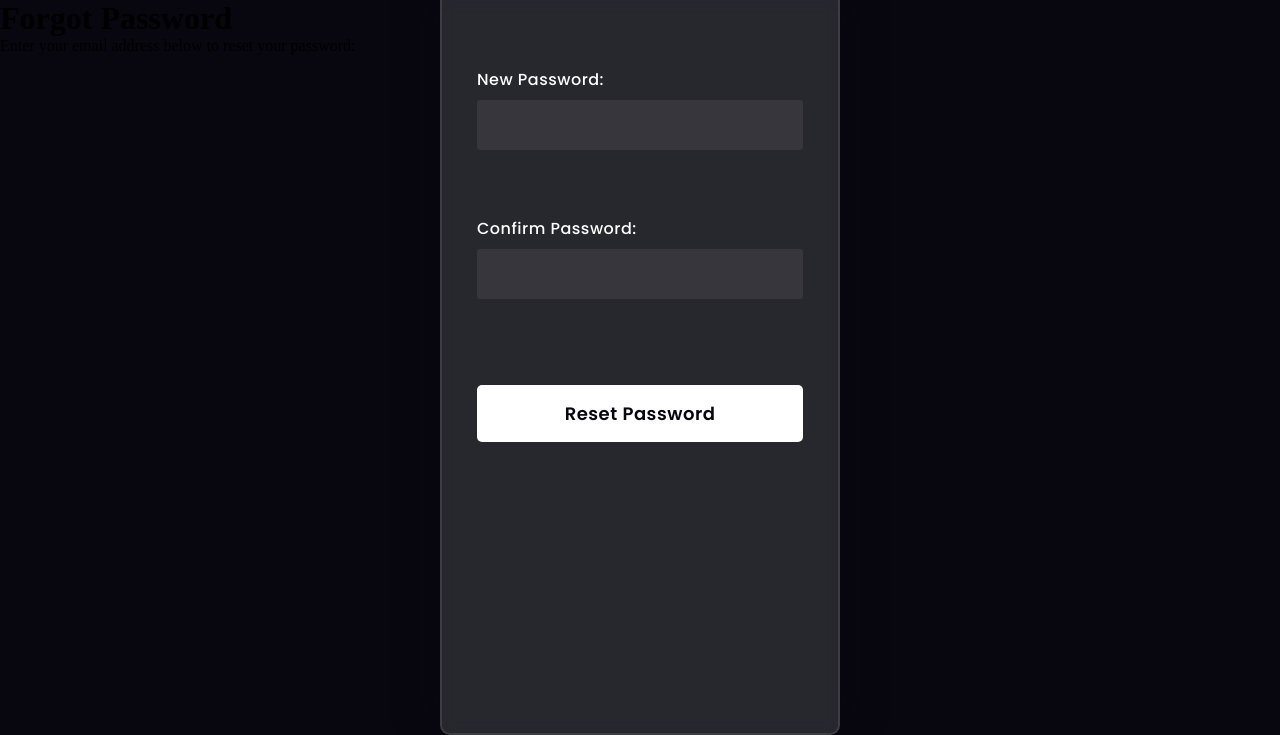
Repository: NguyenHuy-lang/FE-project
Page: sign-in-up/forgot-password.html
An editor plug-in stored every save of this project. The page is shown before and after a run of saves, followed by the edit.
The browser window is 1280 px wide. The pictures show the whole page.

Above is the page before, as saved 2023-05-11 17:12:28.
Console error: TypeError: Cannot read properties of null (reading 'addEventListener')

### sign-in-up/forgot-password.html
<!DOCTYPE html>
<html>
    <!DOCTYPE html>
    <html lang="en">

    <head>
        <!-- Design by foolishdeveloper.com -->
        <title>Forgot Password</title>

        <link rel="preconnect" href="https://fonts.gstatic.com">
        <link rel="stylesheet" href="https://cdnjs.cloudflare.com/ajax/libs/font-awesome/5.15.4/css/all.min.css">
        <link href="https://fonts.googleapis.com/css2?family=Poppins:wght@300;500;600&display=swap" rel="stylesheet">
        <!--Stylesheet-->
        <style media="screen">
            *,
            *:before,
            *:after {
                padding: 0;
                margin: 0;
                box-sizing: border-box;
            }

            body {
                background-color: #080710;
            }

            .background {
                width: 430px;
                height: 520px;
                position: absolute;
                transform: translate(-50%, -50%);
                left: 50%;
                top: 50%;
            }

            .background .shape {
                height: 200px;
                width: 200px;
                position: absolute;
                border-radius: 50%;
            }

            .shape:first-child {
                background: linear-gradient(#1845ad,
                        #23a2f6);
                left: -80px;
                top: -80px;
            }

            .shape:last-child {
                background: linear-gradient(to right,
                        #ff512f,
                        #f09819);
                right: -30px;
                bottom: -80px;
            }

            form {
                height: 750px;
                width: 400px;
                background-color: rgba(255, 255, 255, 0.13);
                position: absolute;
                transform: translate(-50%, -50%);
                top: 50%;
                left: 50%;
                border-radius: 10px;
                backdrop-filter: blur(10px);
                border: 2px solid rgba(255, 255, 255, 0.1);
                box-shadow: 0 0 40px rgba(8, 7, 16, 0.6);
                padding: 50px 35px;
            }

            form * {
                font-family: 'Poppins', sans-serif;
                color: #ffffff;
                letter-spacing: 0.5px;
                outline: none;
                border: none;
            }

            form h3 {
                font-size: 32px;
                font-weight: 500;
                line-height: 42px;
                text-align: center;
            }

            label {
                display: block;
                margin-top: 30px;
                font-size: 16px;
                font-weight: 500;
            }

            input {
                display: block;
                height: 50px;
                width: 100%;
                background-color: rgba(255, 255, 255, 0.07);
                border-radius: 3px;
                padding: 0 10px;
                margin-top: 8px;
                font-size: 14px;
                font-weight: 300;
            }

            ::placeholder {
                color: #e5e5e5;
            }

            button {
                margin-top: 50px;
                width: 100%;
                background-color: #ffffff;
                color: #080710;
                padding: 15px 0;
                font-size: 18px;
                font-weight: 600;
                border-radius: 5px;
                cursor: pointer;
            }

            .social {
                margin-top: 30px;
                display: flex;
            }

            .social div {
                background: red;
                width: 150px;
                border-radius: 3px;
                padding: 5px 10px 10px 5px;
                background-color: rgba(255, 255, 255, 0.27);
                color: #eaf0fb;
                text-align: center;
            }

            .social div:hover {
                background-color: rgba(255, 255, 255, 0.47);
            }

            .social .fb {
                margin-left: 25px;
            }

            .social i {
                margin-right: 4px;
            }
        </style>
    </head>
<body>
    <h1>Forgot Password</h1>
  <p>Enter your email address below to reset your password:</p>
  <form id="email-form" style="display: none;">
    <label for="email">Email:</label>
    <input type="email" id="email" name="email" required>
    <br><br>
    <button onclick="sendOTP()">Submit</button>
  </form>

  <form id="otp-form" style="display: none;">
    <label for="otp">Enter OTP:</label>
    <input type="text" id="otp" name="otp" required>
    <br><br>
    <button onclick="verifyOTP()">Submit</button>
  </form>

  <form id="reset-form" style="display: block;">
    <label for="new-password">New Password:</label>
    <input type="password" id="new-password" name="new-password" required>
    <br><br>
    <label for="confirm-password">Confirm Password:</label>
    <input type="password" id="confirm-password" name="confirm-password" required>
    <br><br>
    <button onclick="resetPassword()">Reset Password</button>
  </form>


</body>
<script>
    const form = document.getElementById("my-form");
    form.addEventListener("submit", function (event) {
      event.preventDefault();
      // Your form submission code here
    });
  </script>
  <script src="login.js"></script>
</html>

### sign-in-up/login.js
function googleSignIn() {
    let oauth2EndPoint = "https://accounts.google.com/o/oauth2/v2/auth"

    let form = document.createElement('form')
    form.setAttribute('method', 'GET')
    form.setAttribute('action', oauth2EndPoint)

    let params = {
        "client_id": "94808415300-4453e41v16brkcd4l4gj3nbs3spq7ode.apps.googleusercontent.com",
        "redirect_uri": "http://127.0.0.1:5500/html/main/shop.html",
        "response_type": "token",
        "scope": "https://www.googleapis.com/auth/userinfo.profile https://www.googleapis.com/auth/userinfo.email",
        "include_granted_scopes": "true",
        "state": "pass-through-value"

    }

    for (var p in params) {
        let input = document.createElement('input')
        input.setAttribute('type', 'hiden')
        input.setAttribute('name', p)
        input.setAttribute('value', params[p])
        form.appendChild(input)
    }
    document.body.appendChild(form)
    form.submit()
}


function forgotPassword() {
    var email = document.querySelector('#email').value;
    var murl = "http://localhost:8080/api/v1/forgot-password";
    const data = {
        userEmail : email
    }

    fetch(murl, {
        method: 'POST',
        headers: {
            'Content-Type': "application/json",
        },
        body: JSON.stringify(data)
    })
    .then(response => {
        if (!response.ok) {
            throw new Error('Failed to log in');
        }
        // If the request was successful, prompt the user for the OTP code
        return response.json();
    })
    .then(data => {
        // Display a form for the user to enter the OTP code
        var otpForm = document.createElement('form');
        otpForm.setAttribute('method', 'POST');
        otpForm.setAttribute('action', 'reset-password');

        var otpLabel = document.createElement('label');
        otpLabel.setAttribute('for', 'otp');
        otpLabel.textContent = 'Enter the OTP code you received by email:';

        var otpInput = document.createElement('input');
        otpInput.setAttribute('type', 'text');
        otpInput.setAttribute('id', 'otp');
        otpInput.setAttribute('name', 'otp');

        var otpSubmit = document.createElement('input');
        otpSubmit.setAttribute('type', 'submit');
        otpSubmit.setAttribute('value', 'Submit');

        otpForm.appendChild(otpLabel);
        otpForm.appendChild(otpInput);
        otpForm.appendChild(otpSubmit);

        document.body.appendChild(otpForm);
    })
    .catch(error => {
        console.error('Error:', error);
    });
}


function login() {
    console.log("onclick")
    var memail = document.querySelector("#email").value;

    if (memail == null) {
        memail = document.querySelector("#email").textContent;
    }
    var mpassword = document.querySelector("#password").value;

    var murl = "http://localhost:8080/api/v1/auth/authenticate";
    const loginData = {
        email: memail,
        password: mpassword
    }

    var mrole;
    console.log(loginData)
    var load = document.querySelector("#email");
    load.textContent = "loading login";

    if(document.querySelector("#customer").checked) {
        mrole = 'customer';
    } else {
        mrole = 'admin';
    }

    console.log("role is ", mrole);

    fetch(murl, {
        method: 'POST',
        headers: {
            'Content-Type': "application/json",
        },
        body: JSON.stringify(loginData)
    })
        .then(response => {
            if (!response.ok) {
                throw new Error('Failed to log in');
            }
            return response.json();

        })
        .then(data => {
            console.log(data)
            console.log(data.token)
            console.log("log in ok")
            localStorage.setItem("accessToken", data.token)
            load.textContent = "Congratulations login success";
            console.log(mrole)
            if (mrole == 'customer'){
                window.location.href = "http://127.0.0.1:5500/html/main/shop.html"; // replace with your main page URL
            } else {
                window.location.href = "http://127.0.0.1:5500/html/admin/index.html"; // replace with your main page URL
            }

        })
        .catch(error => {
            console.log('Error:', error);
        });
}

function goRegister() {
    window.location.href = 'http://127.0.0.1:5500/sign-in-up/register.html';
}

After the next 2 saves:
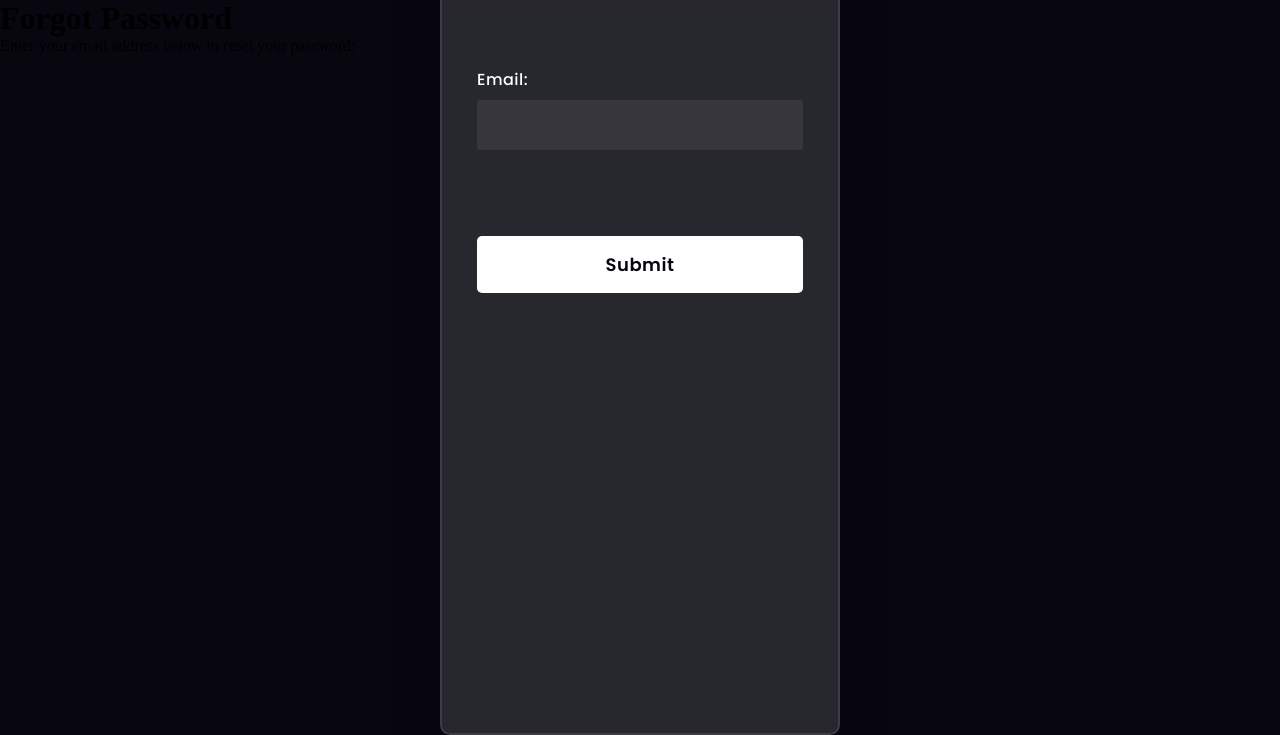
The 2 saves are shown as one change because they came seconds apart.
The last was saved 73 s later.
--- a/sign-in-up/forgot-password.html
+++ b/sign-in-up/forgot-password.html
@@ -151,7 +151,7 @@
 <body>
     <h1>Forgot Password</h1>
   <p>Enter your email address below to reset your password:</p>
-  <form id="email-form" style="display: none;">
+  <form id="email-form" style="display: block;">
     <label for="email">Email:</label>
     <input type="email" id="email" name="email" required>
     <br><br>
@@ -165,7 +165,7 @@
     <button onclick="verifyOTP()">Submit</button>
   </form>
 
-  <form id="reset-form" style="display: block;">
+  <form id="reset-form" style="display: none;">
     <label for="new-password">New Password:</label>
     <input type="password" id="new-password" name="new-password" required>
     <br><br>
